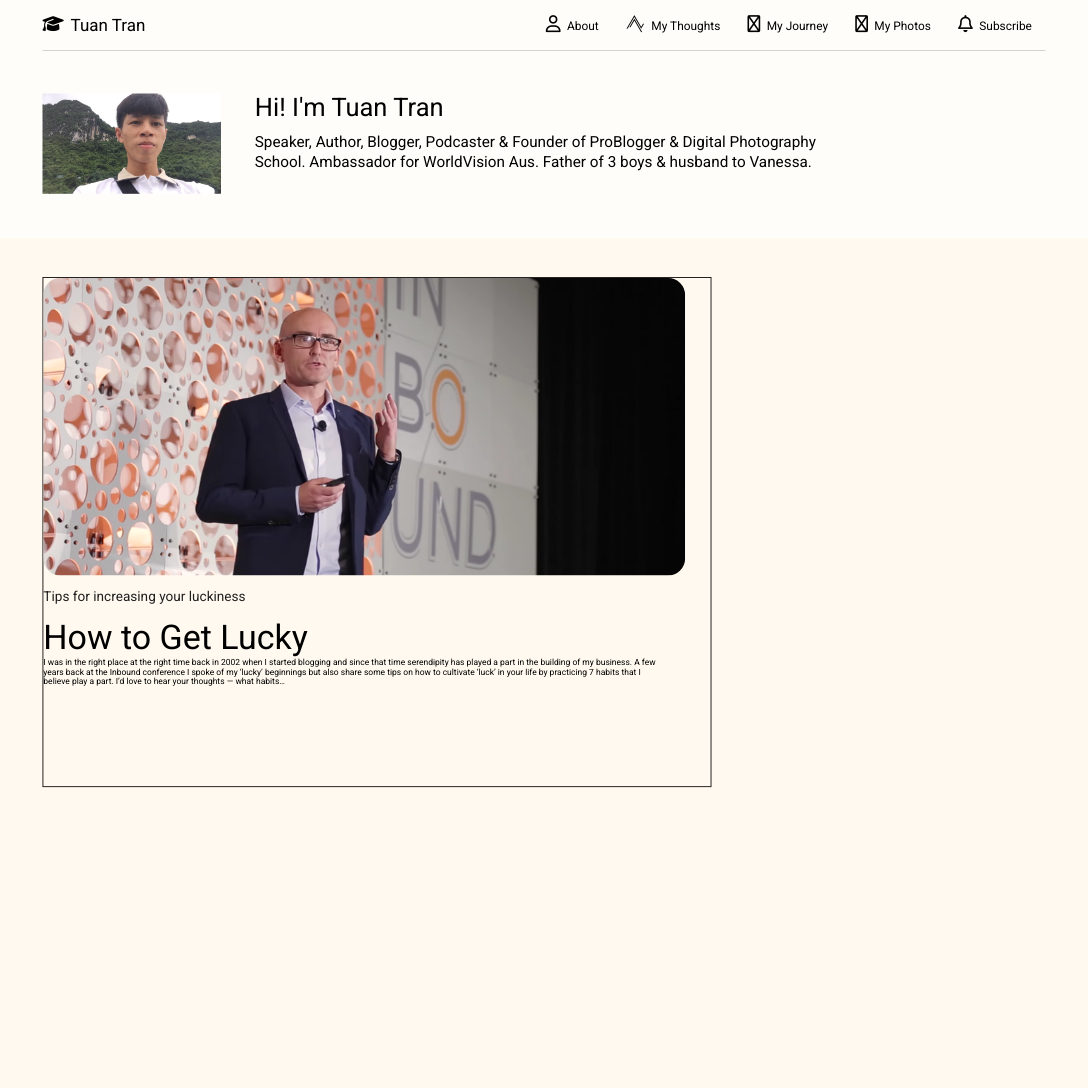
Repository: TranDinhTuann/Blog-Demo
Page: index.html
These files come from the project's save history. The page is drawn as it stood at one moment and after the next save; the edit follows.
The browser window is 1280 px wide. The pictures show the whole page, at 85% of full size.

Above is the page before, as saved 2023-03-22 20:30:46.

### index.html
<!DOCTYPE html>
<html lang="en">
<head>
    <meta charset="UTF-8">
    <meta http-equiv="X-UA-Compatible" content="IE=edge">
    <meta name="viewport" content="width=device-width, initial-scale=1.0">
    <title>Blog của Tuấn</title>
    <link rel="stylesheet" href="./assets/css/base.css">
    <link rel="stylesheet" href="./assets/css/main.css">
    <link rel="stylesheet" href="https://cdnjs.cloudflare.com/ajax/libs/normalize/8.0.1/normalize.min.css">
    <link rel="stylesheet" href="./assets/fonts/fontawesome-free-6.2.1-web/css/all.min.css">
    <link rel="preconnect" href="https://fonts.googleapis.com"><link rel="preconnect" href="https://fonts.gstatic.com" crossorigin><link href="https://fonts.googleapis.com/css2?family=Roboto:wght@300;400;500;700&display=swap" rel="stylesheet">
</head>
<body>
    <div class="app">
        <div class="header">
            <nav class="navbar">
                <a class="navbar__head">
                    <i class="navbar__head-icon fa-solid fa-graduation-cap"></i>
                    <div class="navbar__name">Tuan Tran</div>
                </a>

                <ul class="navbar__list">
                    <li class="navbar__list-item">
                        <a href="" class="navbar__list-item-link">
                            <i class="navbar__list-item-icon fa-regular fa-user"></i>
                            <span class="navbar__list-item-text">About</span>
                        </a>
                    </li>
                    <li class="navbar__list-item">
                        <a href="" class="navbar__list-item-link">
                            <i class="navbar__list-item-icon fa-brands fa-think-peaks"></i>
                            <span class="navbar__list-item-text">My Thoughts</span>
                        </a>
                    </li>
                    <li class="navbar__list-item">
                        <a href="" class="navbar__list-item-link">
                            <i class="navbar__list-item-icon fa-regular fa-location-dot"></i>
                            <span class="navbar__list-item-text">My Journey</span>
                        </a>
                    </li>
                    <li class="navbar__list-item">
                        <a href="" class="navbar__list-item-link">
                            <i class="navbar__list-item-icon fa-sharp fa-regular fa-camera-retro"></i>
                            <span class="navbar__list-item-text">My Photos</span>
                        </a>
                    </li>
                    <li class="navbar__list-item">
                        <a href="" class="navbar__list-item-link">
                            <i class="navbar__list-item-icon fa-regular fa-bell"></i>
                            <span class="navbar__list-item-text">Subscribe</span>
                        </a>
                    </li>
                </ul>
            </nav>

            <div class="intro">
                <div class="intro__img">
                    <img src="./assets/img/logo.JPG" alt="" class="intro__img-image">
                </div>
                <div class="intro__text">
                    <div class="intro__head">Hi! I'm Tuan Tran </div>
                    <div class="intro__des">Speaker, Author, Blogger, Podcaster & Founder of ProBlogger & Digital Photography School. Ambassador for WorldVision Aus. Father of 3 boys & husband to Vanessa.</div>
                </div>
            </div>
        </div>

        <div class="grid">
            <div class="grid1">
                <div class="content">
                    <div class="columns">
                        <div class="img-human">
                            <img class="img-ong" src="./assets/img/slider/human1.png" alt="">
                        </div>
                        <div class="column-text">
                            <p class="des">Tips for increasing your luckiness</p>
                            <div class="heading">How to Get Lucky</div>
                            <div class="sub-heading">I was in the right place at the right time back in 2002 when I started blogging and since that time serendipity has played a part in the building of my business. A few years back at the Inbound conference I spoke of my ‘lucky’ beginnings but also share some tips on how to cultivate ‘luck’ in your life by practicing 7 habits that I believe play a part. I’d love to hear your thoughts — what habits…</div>
                        </div>
                    </div>
                </div>

                <div class="sitebar">

                </div>
            </div>
        </div>

        <footer class="footer">

        </footer>
    </div>
</body>
</html>

### assets/css/base.css
:root {
    --white-color: #fff;
    --black-color: #000;
    --text-color: #333;
    --primary-color: #fff9ef;
    --header-primary-color: rgb(255, 253, 249);
}

* {
    box-sizing: inherit;
}

html {
    /* hack */
    font-size: 62.5%;
    line-height: 1.6rem;
    font-family: 'Roboto', sans-serif;
    box-sizing: border-box;
}

@keyframes fadeIn {
    from{
        opacity: 0;
    }
    to{
        opacity: 1;
    }
}

@keyframes growth {
    from{
        transform: calc(0);
    }
    to{
        transform: calc(1);
    }
}

.img-ong{
    width: 100%;
    height: 350px;
    display: block;
    border-radius: 20px;
}
.img-human{
    margin-right: 30px;
    height: 350px;
    display: block;
}

### assets/css/main.css
.app{
    height: 1000px;
    background-color: rgb(255, 253, 249);
}

.header{
    height: 280px;
    margin: 0 50px;
}

.navbar{
    height: 60px;
    border-bottom: 1px solid #ccc;
    display: flex;
    align-items: center;
    justify-content: space-between;
}

.navbar__head-icon {
    font-size: 2rem;
    margin-right: 8px;
}

.navbar__name {
    font-size: 2rem;

}

.navbar__head {
    display: flex;
}

.navbar__head:hover {
    cursor: pointer;
    opacity: 0.5;
}

.navbar__list {
    display: flex;
    list-style: none;
    font-size: 1.4rem;
}

.navbar__list-item {
    padding: 0 16px;
    line-height: 60px;
}

.navbar__list-item:hover {
    cursor: pointer;
    opacity: 0.5;
}

.navbar__list-item-link {
    color: #000;
    text-decoration: none;
}

.navbar__list-item-icon{
    font-size: 2rem;
    padding-right: 4px;
}


.intro {
    display: flex;
    margin-top: 50px;
}

.intro__img {
    width: 30%;
    height: 50px;
}

.intro__img-image {
    width: 100%;
    background-size:cover;
}

.intro__text{
    padding-left: 40px;
}

.intro__head {
    font-size: 3rem;
}

.intro__des {
    font-size: 1.8rem;
    padding: 10px 250px 0 0;
    line-height: 2.4rem;
}


/* Grid */
.grid {
    background-color: rgb(255, 249, 239);
    height: 1000px;
    /* display: flex; */
}
.grid1  {
    margin: 0 50px;
    display: flex;
    padding-top: 46px;
}
.content {
    border: 1px solid #000;
    height: 600px;
    flex: 2;
}
.sitebar {
    flex: 1;
}

.column-text{
    padding: 0 50px 0 0;
}
.des{
    font-size: 16px;
    color: #202020;
}
.heading {
    font-size: 40px;
}

Loaded but not shown: assets/fonts/fontawesome-free-6.2.1-web/css/all.min.css (library)

After the next save:
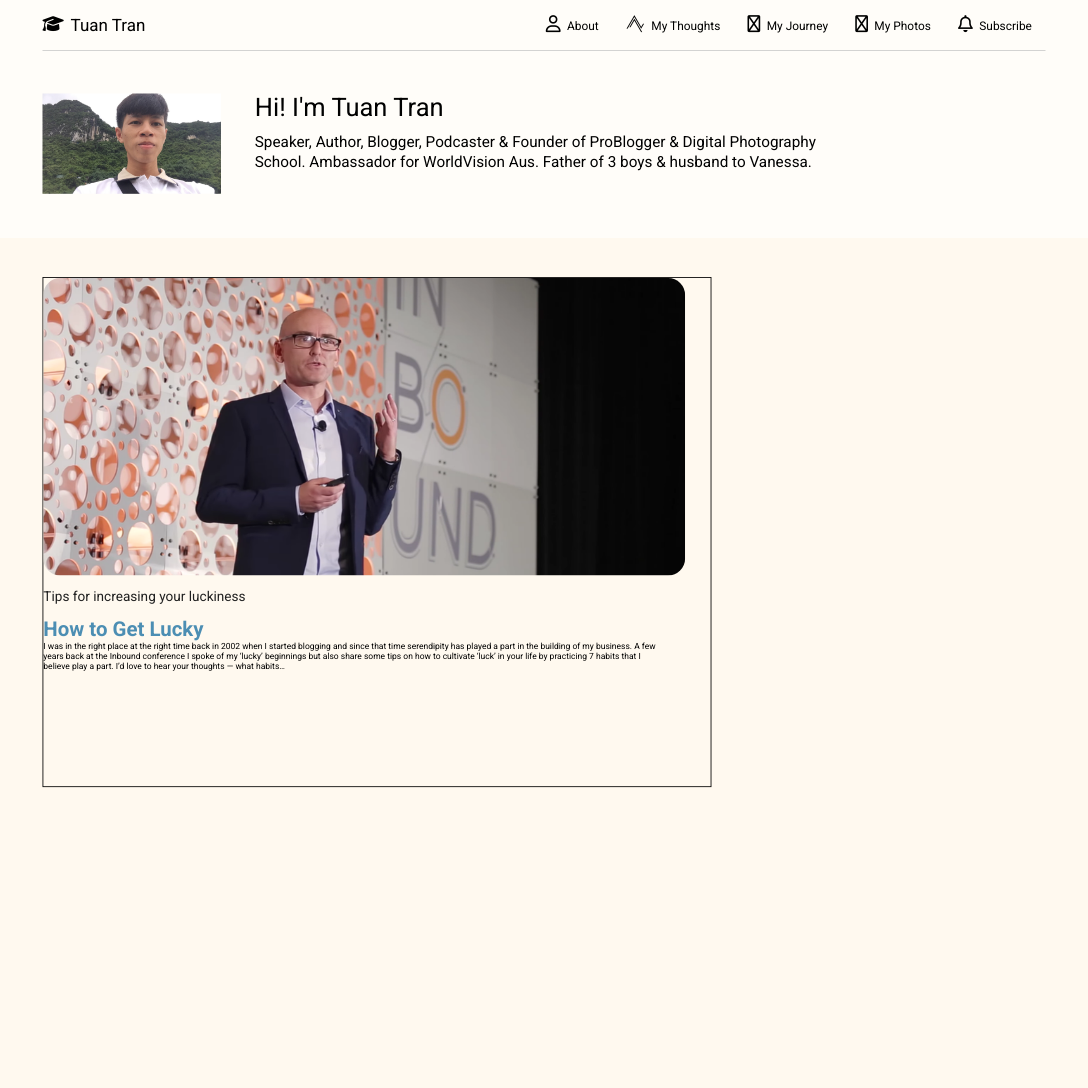
Saved 56 s later.
--- a/assets/css/main.css
+++ b/assets/css/main.css
@@ -120,5 +120,7 @@
     color: #202020;
 }
 .heading {
-    font-size: 40px;
+    font-size: 24px;
+    font-weight: 700;
+    color: #4c8eb3;
 }
